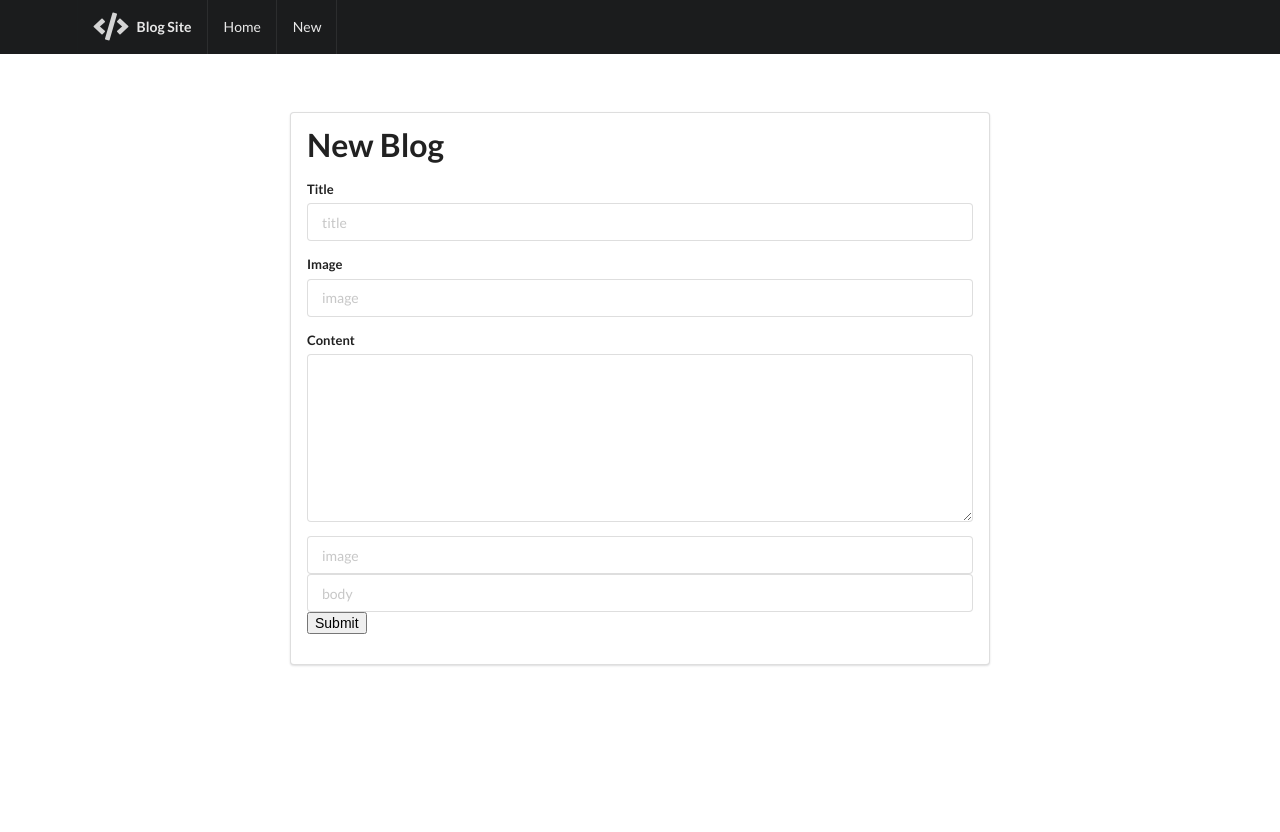
Repository: krit-gpt/WebApplication_Projects
Page: http://localhost/blogs/new
The author's editor kept a record of every edit. The page is drawn from the files as they stood at one moment, then again after the next edit.
The browser window is 1280 px wide. The pictures show the whole page.
Some web libraries are served in a nearby version. The page is served by the project's Node server (app.js).

Above is the page before.

### Blog_Site/workspace/views/new.ejs
<% include ./partials/header %>
<div class=" ui main text container segment">
    <div class=" ui huge header">New Blog</div>
<form class="ui form" action="/blogs" method="POST">
    <div class="field">
        <label>Title</label>
        <input type="text" name="blog[title]" placeholder="title">
    </div>

    <div class="field">
        <label>Image</label>
        <input type="text" name="blog[image]" placeholder="image">
    </div>

     <div class="field">
        <label>Content</label>
        <textarea name="blog[body]"></textarea>
    </div>


    <input type="text" name="blog[image]" placeholder='image'>
    <input type="text" name="blog[body]" placeholder='body'>
    <input type="submit">
</div>

</form>

### Blog_Site/workspace/views/partials/header.ejs
<html>
    <head>
        <title>Blog App</title>
        <link rel="stylesheet" type="text/css" href="https://cdnjs.cloudflare.com/ajax/libs/semantic-ui/2.2.13/semantic.min.css">
        <link rel="stylesheet" type="text/css" href="/stylesheets/app.css">
    </head>
    <body>
        <div class="ui fixed inverted menu">
            <div class="ui container">
                <div class= "header item"><i class=" code icon"></i>Blog Site</div>
                <a href= "/" class= "item">Home</a>
                <a href= "/blogs/new" class="item">New</a>
            </div>
        </div>

### Blog_Site/workspace/app.js
var express = require('express');
var app = express();
var mongoose = require('mongoose');
var bodyParser = require('body-parser');

app.set("view engine", "ejs");
app.use(express.static("public"));
//For the CSS FIles -- telling express to automaticlly find in the public directory
app.use(bodyParser.urlencoded({extended: true}));
// Telling app to use body-parser, otherwise, it will no use it!


//CONFIG MONGOOSE and MAKE A MODEL
//mongoose.connect("mongodb://localhost/restful_blog_app");
mongoose.connect("mongodb://localhost/restful_blog_app", {useMongoClient: true});

var blogSchema = new mongoose.Schema({
   title: String,
   image: String,
   body: String,
   created: {type: Date, default: Date.now}
});

var Blog = mongoose.model("Blog", blogSchema);

//Blog.create({
//  title: "Test",
   //image: "https://images.unsplash.com/photo-1485466799797-74ecb5ef351b?auto=format&fit=crop&w=750&q=80",
   //body: "Hello World, this is a blog!"
//});

app.get("/", function(req, res){
    res.redirect("/blogs");

});

//IN /blogs route, show everything -- INDEX ROUTE,
//Hence, get everything from the DB, and display it!
app.get("/blogs", function(req, res){
   Blog.find({}, function(err, blogs){
     if(err){
         console.log("ERROR!");
     }else{
         res.render("index.ejs", {blogs: blogs});
     }
   });
});


//NEW method -- will direct to a form to make new blogs
app.get("/blogs/new", function(req, res){
   res.render("new.ejs");
});

//POST request link -- will create a new post and redirect
app.post("/blogs", function(req, res){
    //.create -- make and saves to the Database all at once
   Blog.create(req.body.blog, function(err, newBlog){
      if(err){
          res.render("new.ejs");
      }else{
          res.redirect("/blogs");
      }
   });
});


//Start the server
app.listen(process.env.PORT, process.env.IP);

### Blog_Site/workspace/public/stylesheets/app.css
i.icon{
    font-size: 2em;   /* icons having the class of icon -- double the size of parent!*/
}

.container.main.text{
    margin-top: 7.0em;
}

#delete{
    display: inline;
}

After the next edit:
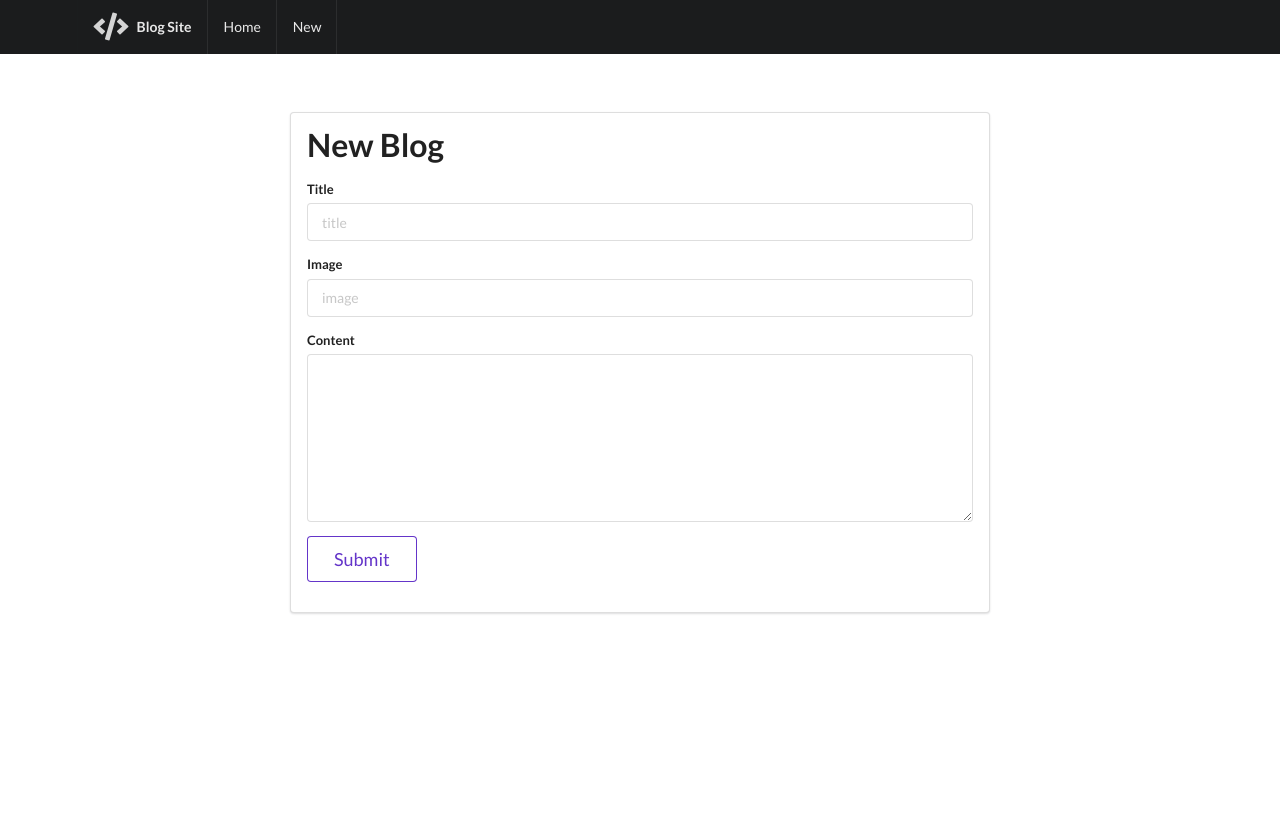
The edit:
--- a/Blog_Site/workspace/views/new.ejs
+++ b/Blog_Site/workspace/views/new.ejs
@@ -16,11 +16,7 @@
         <label>Content</label>
         <textarea name="blog[body]"></textarea>
     </div>
-
-
-    <input type="text" name="blog[image]" placeholder='image'>
-    <input type="text" name="blog[body]" placeholder='body'>
-    <input type="submit">
+    <input class="ui violet big basic button" type="submit">
 </div>
 
 </form>
